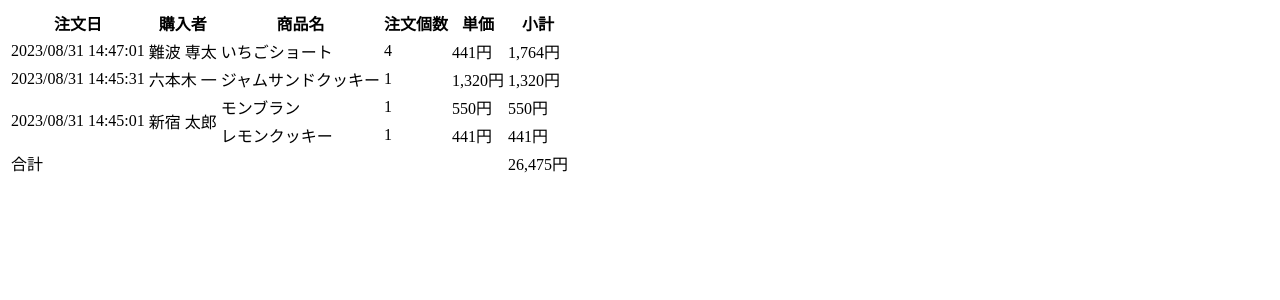
Repository: HayatoTakaha/bookers2-debug
Page: table/index.html
The author's editor kept a record of every edit. The page is drawn from the files as they stood at one moment, then again after the next edit.
The browser window is 1280 px wide. The pictures show the whole page.

Above is the page before.

After the next edit:
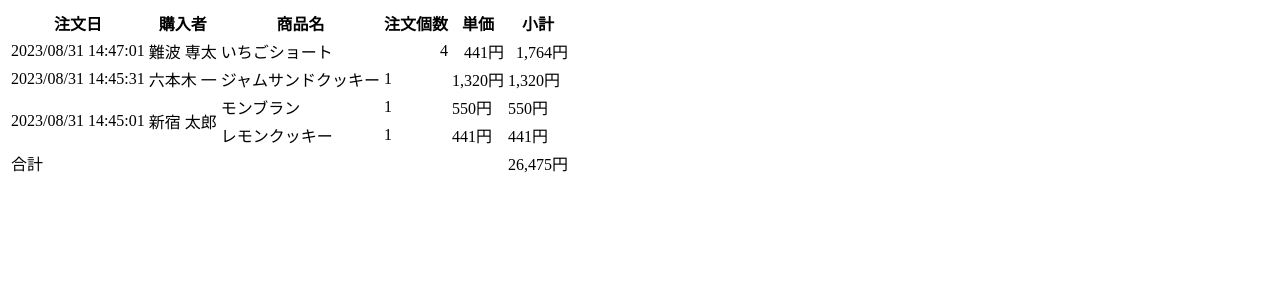
The edit:
--- a/table/index.html
+++ b/table/index.html
@@ -62,9 +62,9 @@
   <td>2023/08/31 14:47:01</td>
   <td>難波 専太</td>
   <td>いちごショート</td>
-  <td>4</td>
-  <td>441円</td>
-  <td>1,764円</td>
+  <td class="is_num">4</td>
+  <td class="is_num">441円</td>
+  <td class="is_num">1,764円</td>
   </tr>
 <tr><td>2023/08/31 14:45:31</td>
 <td>六本木 一</td>
